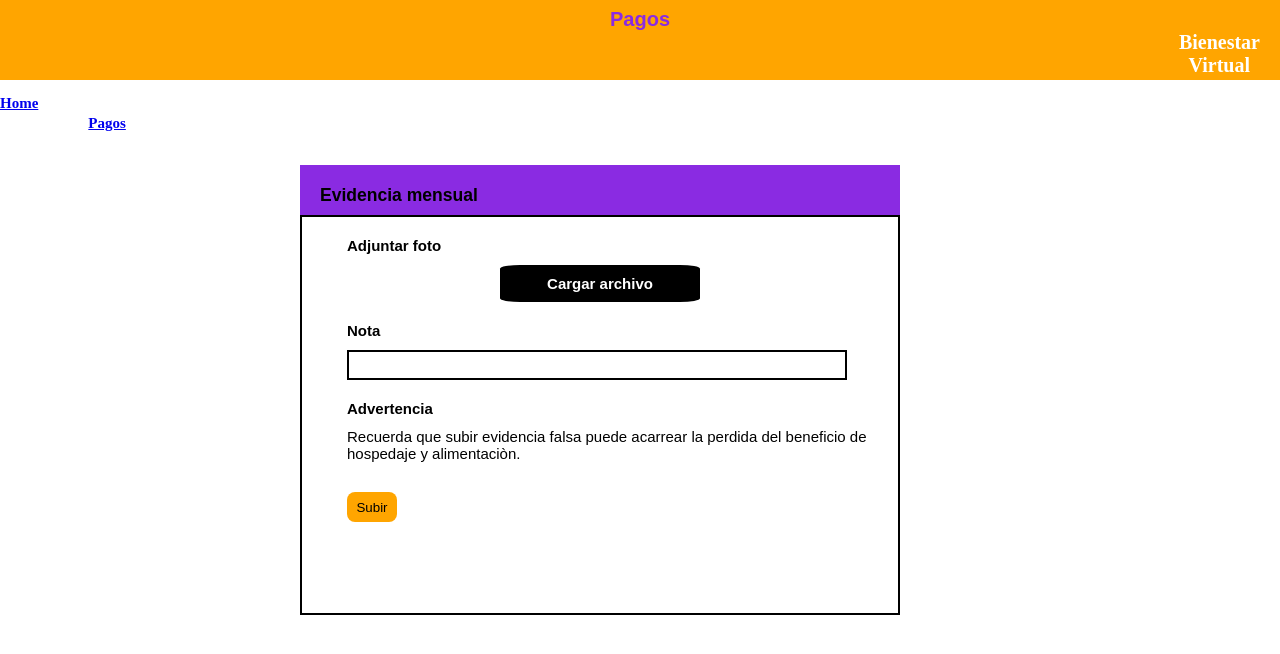
Repository: Diani123/Mis-actividades
Page: softwarebienestarinstitucional/pagos.html
An editor plug-in stored every save of this project. The page is shown before and after the next save, followed by the edit.
The browser window is 1280 px wide. The pictures show the whole page.

Above is the page before, as saved 2023-02-12 20:00:43.

After the next save:
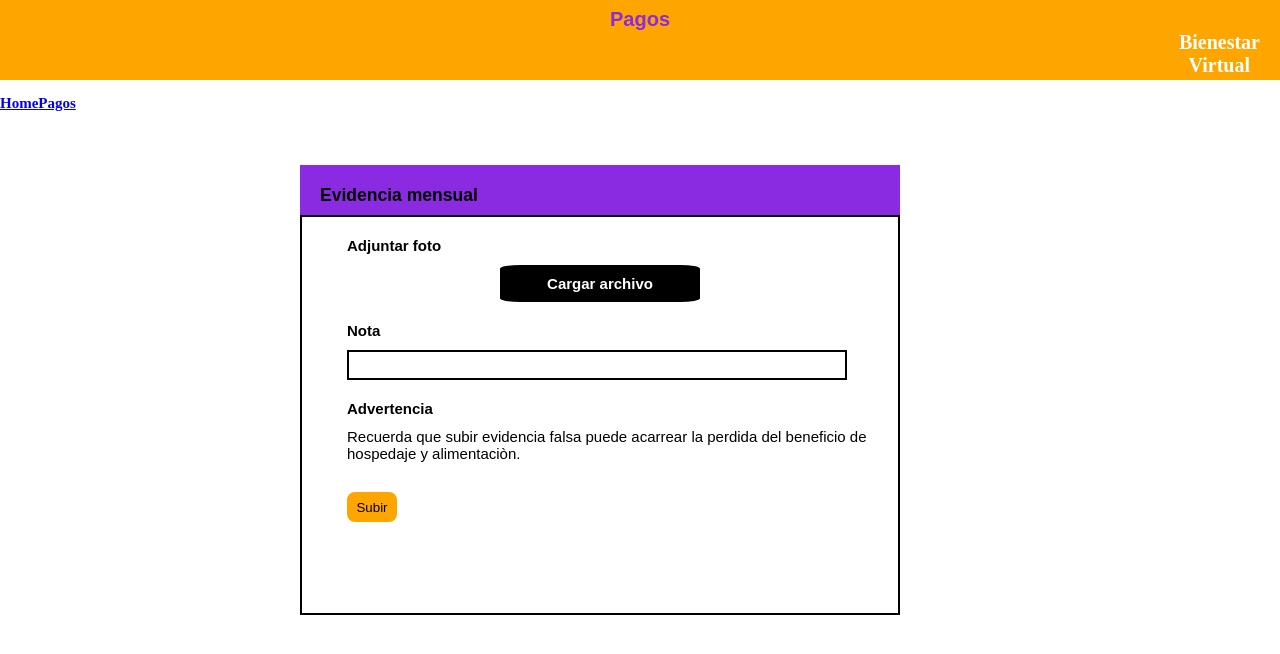
Saved 7 s later.
--- a/softwarebienestarinstitucional/pagos.html
+++ b/softwarebienestarinstitucional/pagos.html
@@ -17,7 +17,7 @@
     </header>
     <div class="Items">
       <a href="./home.html"><h2 class="item-title">Home</h2></a>
-      <a href="./pagos.html"><h2 class="item">Pagos</h2></a>
+      <a href="./pagos.html"><h2 class="item-title">Pagos</h2></a>
     </div>
     <div class="ContainerT">
       <div class="ContainerTitle">
